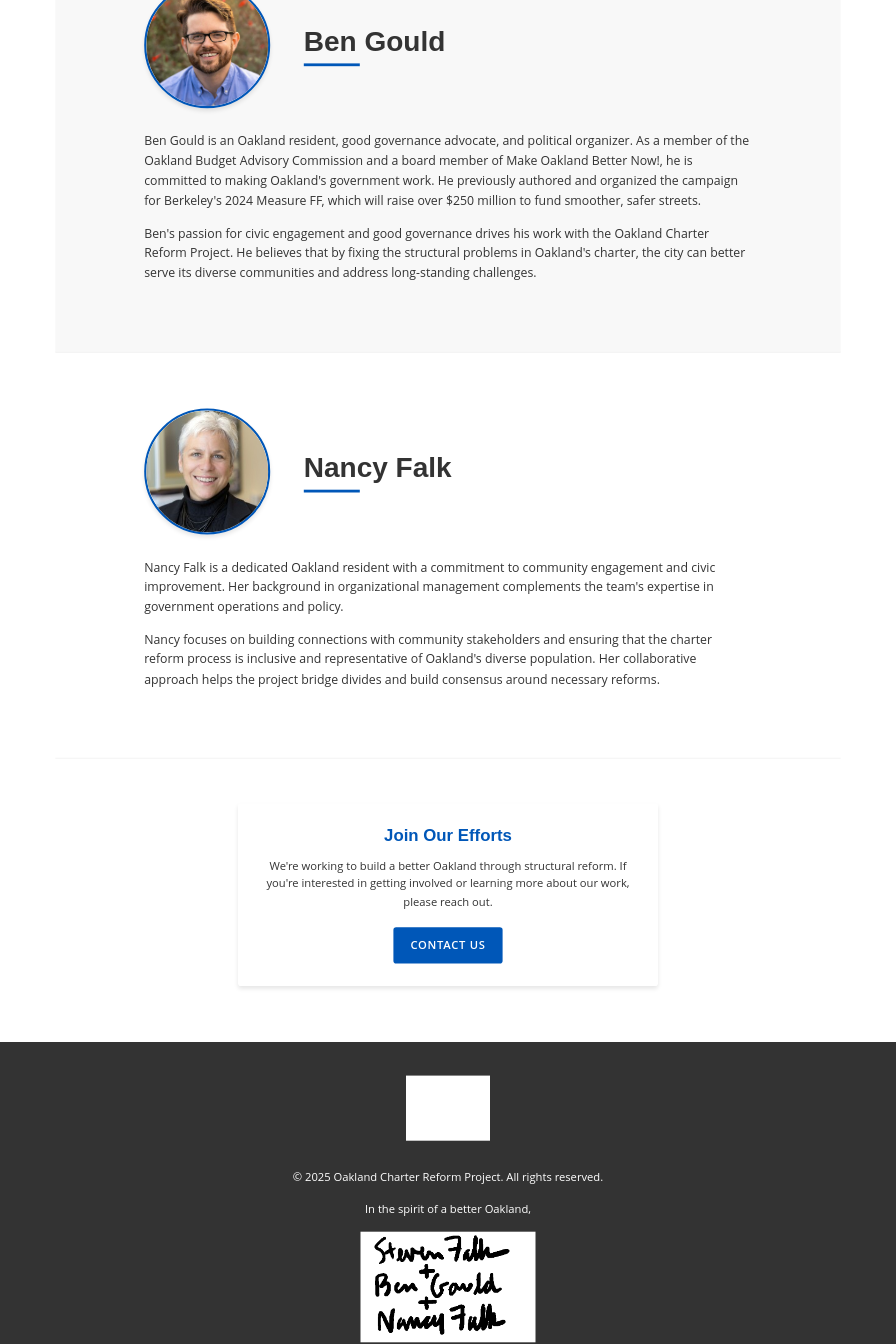
Repository: bgould132/oaklandcharterreform
Page: about.html
An editor plug-in stored every save of this project. The page is shown before and after the next save, followed by the edit.
The browser window is 1280 px wide. The pictures show the part of the page from y = 1132 to 3052 px (the page is 3176 px tall before and 3204 px after), at 70% of full size.

Above is the page before, as saved 2025-04-07 10:32:49.

### about.html
<!DOCTYPE html>
<html lang="en">
<head>
    <meta charset="UTF-8">
    <meta name="viewport" content="width=device-width, initial-scale=1.0">
    <meta name="description" content="About the Oakland Charter Reform Project team - Steven Falk, Ben Gould, and Nancy Falk">
    <title>About Us - Oakland Charter Reform Project</title>
    <link rel="stylesheet" href="css/styles.css">
    <!-- Font Awesome for icons -->
    <link rel="stylesheet" href="https://cdnjs.cloudflare.com/ajax/libs/font-awesome/6.4.2/css/all.min.css">
</head>
<body>
    <header>
        <div class="container">
            <nav aria-label="Main navigation">
                <div class="logo">
                    <a href="index.html" aria-label="Oakland Charter Reform Project Home">
                        <img src="images/logo/OCRP logo design.jpg" alt="Oakland Charter Reform Project Logo">
                    </a>
                </div>
                <button class="mobile-menu-button" aria-label="Toggle menu" aria-expanded="false" aria-controls="main-menu">
                    <span class="hamburger-icon"></span>
                </button>
                <ul id="main-menu" class="nav-menu">
                    <li><a href="index.html#why-charter-reform">Why Charter Reform</a></li>
                    <li><a href="index.html#principles">Principles</a></li>
                    <li><a href="index.html#proposed-amendments">Proposed Amendments</a></li>
                    <li><a href="index.html#our-approach">Our Approach</a></li>
                    <li><a href="about.html" class="active">About Us</a></li>
                    <li><a href="index.html#contact">Contact</a></li>
                </ul>
            </nav>
        </div>
    </header>

    <main>
        <!-- Page Header -->
        <section class="page-header about-header" aria-labelledby="page-heading">
            <div class="container">
                <h1 id="page-heading">About Us</h1>
                <p class="subtitle">Meet the team behind the Oakland Charter Reform Project</p>
            </div>
        </section>

        <!-- Team Section -->
        <section class="section" aria-labelledby="team-heading">
            <div class="container">
                <h2 id="team-heading" class="visually-hidden">Our Team</h2>

                <div class="team-member">
                    <div class="team-member-info">
                        <div class="member-header">
                            <div class="member-photo">
                                <img src="images/team/steven_falk.jpg" alt="Photo of Steven Falk">
                            </div>
                            <div class="member-title">
                                <h2>Steven Falk</h2>
                                <div class="title-underline"></div>
                            </div>
                        </div>
                        <div class="member-bio">
                            <p>Steven Falk is an Oakland resident and longtime city manager with extensive experience in local government. He has twice served as Oakland's interim city administrator and lectures on city management and public finance at UC Berkeley's Goldman School of Public Policy.</p>

                            <p>With over 30 years of local government experience, Steven has witnessed firsthand - and led - effective local governments in California, and handled the challenges presented by Oakland's current charter structure. His deep understanding of municipal operations and governance systems provides valuable insight into the reforms needed to help Oakland reach its potential.</p>
                        </div>
                    </div>
                </div>

                <div class="team-member alt-bg">
                    <div class="team-member-info">
                        <div class="member-header">
                            <div class="member-photo">
                                <img src="images/team/Ben Gould square.jpeg" alt="Photo of Ben Gould">
                            </div>
                            <div class="member-title">
                                <h2>Ben Gould</h2>
                                <div class="title-underline"></div>
                            </div>
                        </div>
                        <div class="member-bio">
                            <p>Ben Gould is an Oakland resident, good governance advocate, and political organizer. As a member of the Oakland Budget Advisory Commission and a board member of Make Oakland Better Now!, he is committed to making Oakland's government work. He previously authored and organized the campaign for Berkeley's 2024 Measure FF, which will raise over $250 million to fund smoother, safer streets.</p>

                            <p>Ben's passion for civic engagement and good governance drives his work with the Oakland Charter Reform Project. He believes that by fixing the structural problems in Oakland's charter, the city can better serve its diverse communities and address long-standing challenges.</p>
                        </div>
                    </div>
                </div>

                <div class="team-member">
                    <div class="team-member-info">
                        <div class="member-header">
                            <div class="member-photo">
                                <img src="images/team/Nancy Falk.jpeg" alt="Photo of Nancy Falk">
                            </div>
                            <div class="member-title">
                                <h2>Nancy Falk</h2>
                                <div class="title-underline"></div>
                            </div>
                        </div>
                        <div class="member-bio">
                            <p>Nancy Falk is a dedicated Oakland resident with a commitment to community engagement and civic improvement. Her background in organizational management complements the team's expertise in government operations and policy.</p>

                            <p>Nancy focuses on building connections with community stakeholders and ensuring that the charter reform process is inclusive and representative of Oakland's diverse population. Her collaborative approach helps the project bridge divides and build consensus around necessary reforms.</p>
                        </div>
                    </div>
                </div>

                <div class="team-cta">
                    <h3>Join Our Efforts</h3>
                    <p>We're working to build a better Oakland through structural reform. If you're interested in getting involved or learning more about our work, please reach out.</p>
                    <a href="index.html#contact" class="cta-button">Contact Us</a>
                </div>
            </div>
        </section>
    </main>

    <footer>
        <div class="container">
            <div class="footer-content">
                <div class="footer-logo">
                    <img src="images/logo/OCRP logo design.jpg" alt="Oakland Charter Reform Project Logo" width="120">
                </div>
                <div class="footer-text">
                    <p>&copy; 2025 Oakland Charter Reform Project. All rights reserved.</p>
                    <p>In the spirit of a better Oakland,</p>
                    <div class="signature">
                        <img src="images/logo/steve and ben and nancy signature.jpg" alt="Signatures of Steven Falk, Ben Gould, and Nancy Falk" class="signature-img">
                        <p>Steven Falk, Ben Gould, and Nancy Falk<br>
                        Oakland Charter Reform Project Organizers</p>
                    </div>
                </div>
            </div>
        </div>
    </footer>

    <script src="js/main.js"></script>
</body>
</html>

### css/styles.css
/* Base Styles */
:root {
    --primary-color: #0057b8; /* Blue from the logo */
    --secondary-color: #333333;
    --accent-color: #f8f8f8;
    --text-color: #333333;
    --light-text: #ffffff;
    --heading-font: 'Montserrat', sans-serif;
    --body-font: 'Open Sans', sans-serif;
    --container-width: 1200px;
    --border-radius: 4px;
    --box-shadow: 0 4px 6px rgba(0, 0, 0, 0.1);
    --transition: all 0.3s ease;
}

/* Typography */
@import url('https://fonts.googleapis.com/css2?family=Montserrat:wght@500;700&family=Open+Sans:wght@400;600&display=swap');

* {
    margin: 0;
    padding: 0;
    box-sizing: border-box;
}

body {
    font-family: var(--body-font);
    line-height: 1.6;
    color: var(--text-color);
    font-size: 16px;
}

h1, h2, h3, h4, h5, h6 {
    font-family: var(--heading-font);
    font-weight: 700;
    line-height: 1.2;
    margin-bottom: 0.5em;
}

h1 {
    font-size: 3rem;
}

h2 {
    font-size: 2.5rem;
    margin-bottom: 1rem;
}

h3 {
    font-size: 1.5rem;
}

p {
    margin-bottom: 1.2rem;
}

a {
    color: var(--primary-color);
    text-decoration: none;
    transition: var(--transition);
}

a:hover {
    color: #004085;
}

ul {
    list-style-type: none;
}

/* Container */
.container {
    width: 90%;
    max-width: var(--container-width);
    margin: 0 auto;
    padding: 0 15px;
}

/* Header & Navigation */
header {
    background-color: #fff;
    box-shadow: 0 2px 4px rgba(0, 0, 0, 0.1);
    position: fixed;
    width: 100%;
    top: 0;
    left: 0;
    z-index: 1000;
}

header .container {
    display: flex;
    justify-content: space-between;
    align-items: center;
}

nav {
    display: flex;
    justify-content: space-between;
    align-items: center;
    width: 100%;
    padding: 1rem 0;
}

.logo img {
    height: 60px;
    width: auto;
}

.nav-menu {
    display: flex;
    gap: 1.5rem;
}

.nav-menu a {
    color: var(--secondary-color);
    font-weight: 600;
    font-size: 1rem;
    padding: 0.5rem;
}

.nav-menu a:hover {
    color: var(--primary-color);
    border-bottom: 2px solid var(--primary-color);
}

.mobile-menu-button {
    display: none;
    background: none;
    border: none;
    cursor: pointer;
    padding: 0.5rem;
}

.hamburger-icon,
.hamburger-icon::before,
.hamburger-icon::after {
    display: block;
    background-color: var(--secondary-color);
    height: 3px;
    width: 25px;
    border-radius: 3px;
    position: relative;
}

.hamburger-icon::before,
.hamburger-icon::after {
    content: '';
    position: absolute;
}

.hamburger-icon::before {
    top: -8px;
}

.hamburger-icon::after {
    top: 8px;
}

/* Hero Section */
.hero {
    height: 100vh;
    position: relative;
    margin-top: 80px; /* To account for fixed header */
}

.hero-image {
    height: 100%;
    width: 100%;
    position: relative;
}

.hero-image img {
    width: 100%;
    height: 100%;
    object-fit: cover;
    filter: brightness(70%);
}

.hero-content {
    position: absolute;
    top: 50%;
    left: 50%;
    transform: translate(-50%, -50%);
    text-align: center;
    color: var(--light-text);
    width: 80%;
    max-width: 800px;
}

.hero-content h1 {
    font-size: 3.5rem;
    margin-bottom: 0.5rem;
    text-shadow: 2px 2px 4px rgba(0, 0, 0, 0.5);
}

.tagline {
    font-size: 1.5rem;
    margin-bottom: 2rem;
    text-shadow: 1px 1px 2px rgba(0, 0, 0, 0.5);
}

.cta-button {
    display: inline-block;
    background-color: var(--primary-color);
    color: var(--light-text);
    padding: 0.8rem 1.5rem;
    border-radius: var(--border-radius);
    font-weight: 600;
    text-transform: uppercase;
    letter-spacing: 1px;
    transition: var(--transition);
}

.cta-button:hover {
    background-color: #004085;
    color: var(--light-text);
    transform: translateY(-2px);
    box-shadow: var(--box-shadow);
}

/* Section Styling */
.section {
    padding: 5rem 0;
}

.alt-bg {
    background-color: var(--accent-color);
}

.section h2 {
    text-align: center;
    margin-bottom: 2.5rem;
    position: relative;
}

.section h2::after {
    content: '';
    display: block;
    width: 80px;
    height: 4px;
    background-color: var(--primary-color);
    margin: 1rem auto 0;
}

.section-content {
    display: flex;
    flex-wrap: wrap;
    gap: 2rem;
    justify-content: space-between;
    align-items: flex-start;
}

.text-content {
    flex: 1 1 60%;
}

.stat-boxes {
    flex: 1 1 30%;
    display: flex;
    flex-direction: column;
    gap: 1.5rem;
}

.stat-box {
    background-color: var(--primary-color);
    color: var(--light-text);
    padding: 2rem;
    border-radius: var(--border-radius);
    text-align: center;
    box-shadow: var(--box-shadow);
}

.stat-number {
    font-size: 3rem;
    font-weight: 700;
    display: block;
    margin-bottom: 0.5rem;
}

.highlight-quote {
    font-size: 1.5rem;
    font-style: italic;
    color: var(--primary-color);
    border-left: 4px solid var(--primary-color);
    padding-left: 1rem;
    margin-bottom: 1.5rem;
}

/* Principles Section */
.principles-grid {
    display: grid;
    grid-template-columns: repeat(auto-fit, minmax(250px, 1fr));
    gap: 2rem;
    margin-top: 2rem;
}

.principle-card {
    background-color: white;
    padding: 2rem;
    border-radius: var(--border-radius);
    box-shadow: var(--box-shadow);
    text-align: center;
    transition: var(--transition);
}

.principle-card:hover {
    transform: translateY(-5px);
    box-shadow: 0 6px 12px rgba(0, 0, 0, 0.15);
}

.principle-icon {
    font-size: 2.5rem;
    color: var(--primary-color);
    margin-bottom: 1rem;
}

/* Our Approach Section */
.approach-content {
    display: flex;
    flex-wrap: wrap;
    gap: 3rem;
    justify-content: space-between;
}

.approach-text {
    flex: 1 1 45%;
}

.approach-list {
    list-style-type: disc;
    padding-left: 1.5rem;
    margin: 1rem 0 1.5rem;
}

.approach-list li {
    margin-bottom: 0.8rem;
}

.timeline {
    flex: 1 1 45%;
    position: relative;
    margin-left: 20px;
}

.timeline::before {
    content: '';
    position: absolute;
    left: 0;
    top: 0;
    bottom: 0;
    width: 4px;
    background-color: var(--primary-color);
    transform: translateX(-50%);
}

.timeline-item {
    position: relative;
    padding: 0 0 2rem 2rem;
}

.timeline-marker {
    position: absolute;
    left: 0;
    top: 0;
    width: 20px;
    height: 20px;
    border-radius: 50%;
    background-color: white;
    border: 4px solid var(--primary-color);
    transform: translateX(-50%);
    z-index: 1;
}

.timeline-content {
    background-color: white;
    padding: 1.5rem;
    border-radius: var(--border-radius);
    box-shadow: var(--box-shadow);
}

/* Contact Section */
.contact-content {
    max-width: 700px;
    margin: 0 auto;
    text-align: center;
}

.contact-info {
    margin-top: 2rem;
}

.signup-form {
    margin-top: 2rem;
}

/* Footer */
footer {
    background-color: var(--secondary-color);
    color: var(--light-text);
    padding: 3rem 0;
}

.footer-content {
    display: flex;
    flex-direction: column;
    align-items: center;
    gap: 2rem;
    text-align: center;
}

.footer-logo img {
    filter: brightness(0) invert(1);
}

.footer-text {
    flex: 1;
    text-align: center;
}

.signature {
    margin-top: 1rem;
    display: flex;
    flex-direction: column;
    align-items: center;
}

.signature-img {
    max-width: 250px;
    margin-bottom: 0.5rem;
    display: block;
}

.footer-social {
    display: flex;
    gap: 1rem;
}

.footer-social a {
    color: var(--light-text);
    font-size: 1.5rem;
    transition: var(--transition);
}

.footer-social a:hover {
    color: var(--primary-color);
}

/* Media Queries for Responsive Design */
@media (max-width: 992px) {
    h1 {
        font-size: 2.5rem;
    }

    h2 {
        font-size: 2rem;
    }

    .hero-content h1 {
        font-size: 2.8rem;
    }

    .tagline {
        font-size: 1.3rem;
    }
}

@media (max-width: 768px) {
    .section-content,
    .approach-content {
        flex-direction: column;
    }

    .stat-boxes {
        width: 100%;
    }

    .hero-content h1 {
        font-size: 2.2rem;
    }

    .tagline {
        font-size: 1.1rem;
    }

    .mobile-menu-button {
        display: block;
    }

    .nav-menu {
        display: none;
        flex-direction: column;
        position: absolute;
        top: 100%;
        left: 0;
        width: 100%;
        background-color: white;
        box-shadow: 0 4px 6px rgba(0, 0, 0, 0.1);
        padding: 1rem 0;
    }

    .nav-menu.show {
        display: flex;
    }

    .nav-menu li {
        width: 100%;
        text-align: center;
    }

    .nav-menu a {
        display: block;
        padding: 0.8rem 0;
    }
}

@media (max-width: 576px) {
    .hero-content h1 {
        font-size: 1.8rem;
    }

    .tagline {
        font-size: 1rem;
    }

    .cta-button {
        padding: 0.6rem 1.2rem;
        font-size: 0.9rem;
    }

    .footer-content {
        flex-direction: column;
        text-align: center;
        gap: 1.5rem;
    }
}

/* Accessibility Enhancements */
:focus {
    outline: 3px solid var(--primary-color);
    outline-offset: 3px;
}

.skip-link {
    position: absolute;
    top: -100px;
    left: 0;
    background: var(--primary-color);
    color: white;
    padding: 10px;
    z-index: 1001;
}

.skip-link:focus {
    top: 0;
}

/* Print Styles */
@media print {
    body {
        font-size: 12pt;
    }

    header, footer, .cta-button, .hero-image {
        display: none;
    }

    .container {
        width: 100%;
        max-width: 100%;
    }

    .section {
        page-break-inside: avoid;
        padding: 1rem 0;
    }
}

/* Amendment Section */
.amendment-card {
    background-color: white;
    padding: 1.5rem;
    border-radius: var(--border-radius);
    box-shadow: var(--box-shadow);
    margin-bottom: 1.5rem;
}

.amendment-list {
    list-style-type: disc;
    padding-left: 1.5rem;
    margin: 1rem 0;
}

.amendment-list li {
    margin-bottom: 0.8rem;
}

.buttons-container {
    display: flex;
    gap: 1rem;
    justify-content: center;
    margin-top: 2rem;
    flex-wrap: wrap;
}

.outline-button {
    display: inline-block;
    background-color: transparent;
    color: var(--primary-color);
    border: 2px solid var(--primary-color);
    padding: 0.8rem 1.5rem;
    border-radius: var(--border-radius);
    font-weight: 600;
    text-transform: uppercase;
    letter-spacing: 1px;
    transition: var(--transition);
}

.outline-button:hover {
    background-color: var(--primary-color);
    color: var(--light-text);
    transform: translateY(-2px);
    box-shadow: var(--box-shadow);
}

/* About Us Page */
.page-header {
    background-color: var(--primary-color);
    color: var(--light-text);
    padding: 8rem 0 4rem;
    text-align: center;
    margin-bottom: 3rem;
}

.page-header h1 {
    font-size: 3rem;
    margin-bottom: 0.5rem;
}

.subtitle {
    font-size: 1.2rem;
    max-width: 600px;
    margin: 0 auto;
}

.visually-hidden {
    position: absolute;
    width: 1px;
    height: 1px;
    padding: 0;
    margin: -1px;
    overflow: hidden;
    clip: rect(0, 0, 0, 0);
    white-space: nowrap;
    border: 0;
}

.team-member {
    padding: 5rem 0;
    border-bottom: 1px solid #eee;
}

.team-member.alt-bg {
    background-color: var(--accent-color);
}

.team-member:last-of-type {
    border-bottom: none;
}

.team-member-info {
    max-width: 800px;
    margin: 0 auto;
}

.member-role {
    color: var(--primary-color);
    font-weight: 600;
    margin-bottom: 1rem;
}

.member-bio {
    margin-top: 1rem;
}

.team-cta {
    text-align: center;
    max-width: 600px;
    margin: 4rem auto 0;
    padding: 2rem;
    background-color: white;
    border-radius: var(--border-radius);
    box-shadow: var(--box-shadow);
}

.team-cta h3 {
    color: var(--primary-color);
    margin-bottom: 1rem;
}

.team-cta p {
    margin-bottom: 1.5rem;
}

@media (max-width: 768px) {
    .page-header {
        padding: 7rem 0 3rem;
    }

    .page-header h1 {
        font-size: 2.5rem;
    }

    .team-member {
        padding: 2rem 0;
    }
}

/* Active Navigation */
.nav-menu a.active {
    color: var(--primary-color);
    border-bottom: 2px solid var(--primary-color);
}

/* Team Member Styling */
.member-header {
    display: flex;
    align-items: center;
    margin-bottom: 2rem;
}

.member-photo {
    width: 180px;
    height: 180px;
    border-radius: 50%;
    overflow: hidden;
    margin-right: 3rem;
    box-shadow: var(--box-shadow);
    flex-shrink: 0;
    border: 3px solid var(--primary-color);
}

.member-photo img {
    width: 100%;
    height: 100%;
    object-fit: cover;
    object-position: center;
}

.member-title {
    flex: 1;
}

.member-title h2 {
    font-size: 2.5rem;
    margin-bottom: 0.5rem;
    text-align: left;
}

.member-title h2::after {
    display: none;
}

.title-underline {
    height: 4px;
    width: 80px;
    background-color: var(--primary-color);
    margin-top: 0.5rem;
}

.team-member-info {
    max-width: 900px;
    margin: 0 auto;
    padding: 0 1rem;
}

.member-bio {
    margin-top: 1rem;
    font-size: 1.1rem;
}

.team-member {
    padding: 5rem 0;
    border-bottom: 1px solid #eee;
}

@media (max-width: 768px) {
    .member-header {
        flex-direction: column;
        text-align: center;
    }

    .member-photo {
        margin-right: 0;
        margin-bottom: 1.5rem;
    }

    .member-title h2 {
        text-align: center;
    }

    .title-underline {
        margin: 0.5rem auto 0;
    }
}

.member-photo img[src*="Ben Gould"] {
    object-position: top center;
}

.about-header {
    margin-bottom: 0;
}

.about-header h1 {
    font-size: 3.5rem;
}

Loaded but not shown: js/main.js (101 lines, source omitted)

After the next save:
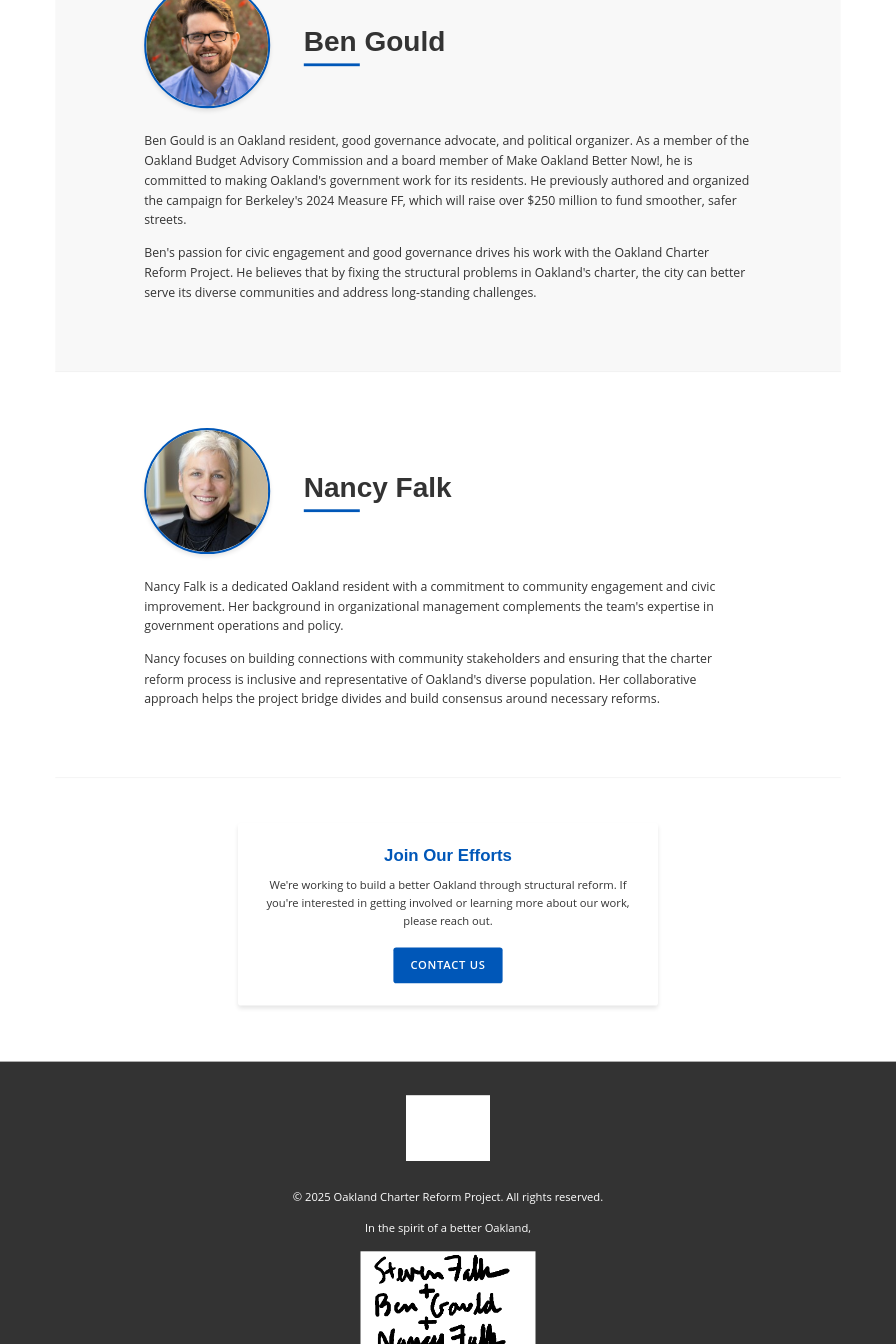
Saved 5 s later.
--- a/about.html
+++ b/about.html
@@ -78,7 +78,7 @@
                             </div>
                         </div>
                         <div class="member-bio">
-                            <p>Ben Gould is an Oakland resident, good governance advocate, and political organizer. As a member of the Oakland Budget Advisory Commission and a board member of Make Oakland Better Now!, he is committed to making Oakland's government work. He previously authored and organized the campaign for Berkeley's 2024 Measure FF, which will raise over $250 million to fund smoother, safer streets.</p>
+                            <p>Ben Gould is an Oakland resident, good governance advocate, and political organizer. As a member of the Oakland Budget Advisory Commission and a board member of Make Oakland Better Now!, he is committed to making Oakland's government work for its residents. He previously authored and organized the campaign for Berkeley's 2024 Measure FF, which will raise over $250 million to fund smoother, safer streets.</p>
 
                             <p>Ben's passion for civic engagement and good governance drives his work with the Oakland Charter Reform Project. He believes that by fixing the structural problems in Oakland's charter, the city can better serve its diverse communities and address long-standing challenges.</p>
                         </div>
